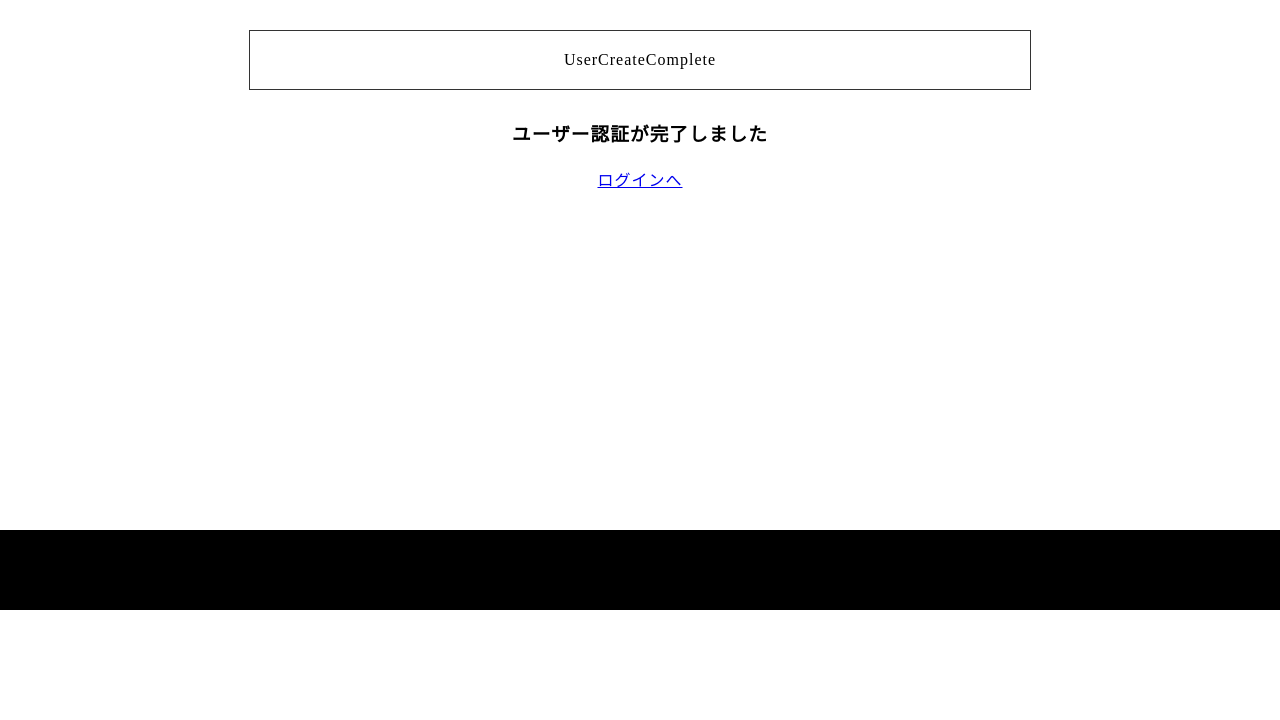
Repository: hiroki811/test
Page: http://localhost/template/userCreateComplete.jsp
An editor plug-in stored every save of this project. The page is shown before and after the next save, followed by the edit.
The browser window is 1280 px wide. The pictures show the whole page.
The page is served by Tomcat 9. Other server files are loaded and not shown.

Above is the page before, as saved 2018-04-18 04:35:29.

### template/WebContent/userCreateComplete.jsp
<%@ page language="java" contentType="text/html; charset=UTF-8"
	pageEncoding="UTF-8"%>
<%@ taglib prefix="s" uri="/struts-tags"%>
<!DOCTYPE html>
<html>
<head>
<meta http-equiv="Content-Type" content="text/html; charset=utf-8">
<meta http-equiv="Content-Style-Type" content="text/css" />
<meta http-equiv="Content-Script-Type" content="text/javascript" />
<meta http-equiv="imagetoolbar" content="no" />
<meta name="description" content="" />
<meta name="keywords" content="" />

<title>UsserCreateComplete</title>

<style type="text/css">
/*========================TAG LAYOUT=====================*/
body {
	margin: 0;
	padding: 0;
	line-height: 1.6;
	letter-spacing: 1px;
	font-family: Verdana, Hel color : #333;
	background
	#fff;
}

table {
	text-align: center;
	margin: 0 auto;
}
/*=============ID LAYOUT===============*/
#top {
	width: 780px;
	margin: 30px auto;
	border: 1px solid #333;
}

#header {
	width: 100%;
	height: 80px;
	background-color: black;
}

#main {
	width: 100%;
	height: 500px;
	text-align: center;
}

#footer {
	width: 100%;
	height: 80px;
	background-color: black;
	clear: both;
}
</style>


</head>
<body>
	<div id="main">
		<div id="top">
			<p>UserCreateComplete</p>
		</div>
		<div>
			<h3>ユーザー認証が完了しました</h3>
			<div>
				<a href='<s:url action="HomeAction"/>'>ログインへ</a>
			</div>
		</div>
	</div>
	<div id="footer">
		<div id="pr"></div>
	</div>

</body>
</html>

After the next save:
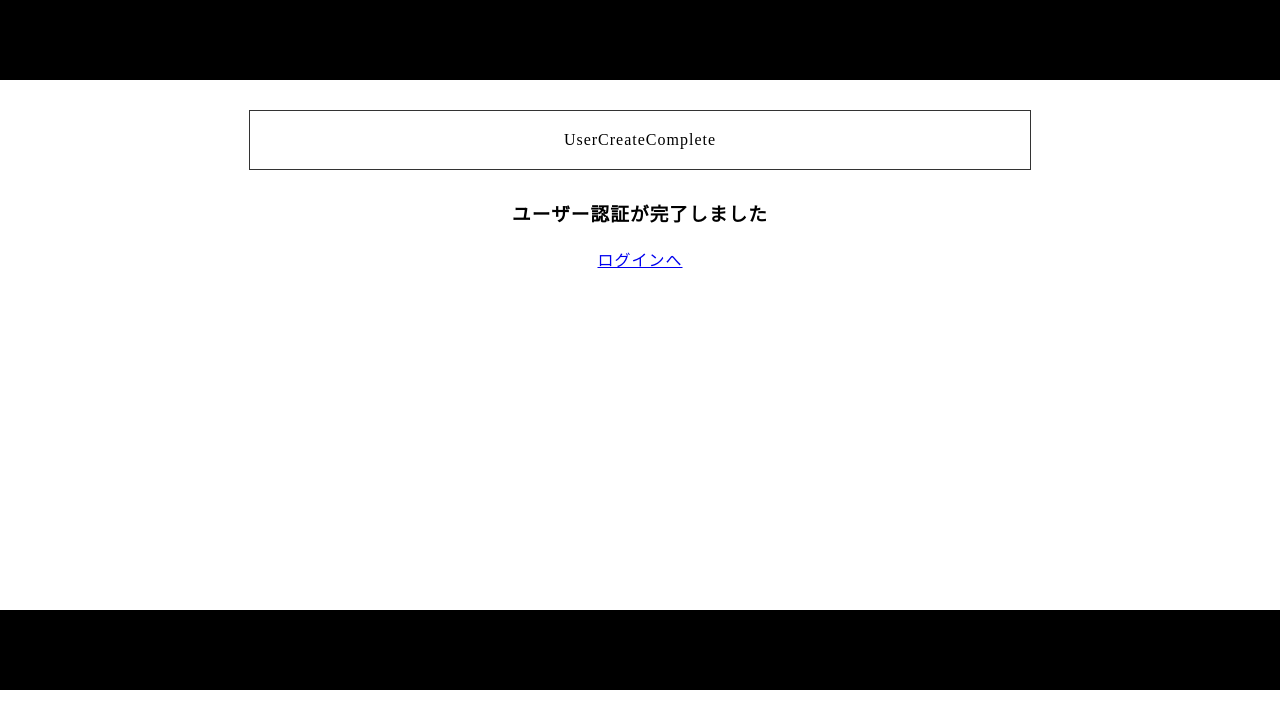
Saved 3 min 35 s later.
--- a/template/WebContent/userCreateComplete.jsp
+++ b/template/WebContent/userCreateComplete.jsp
@@ -59,6 +59,9 @@
 
 </head>
 <body>
+	<div id="header">
+		<div id="pr"></div>
+	</div>
 	<div id="main">
 		<div id="top">
 			<p>UserCreateComplete</p>
